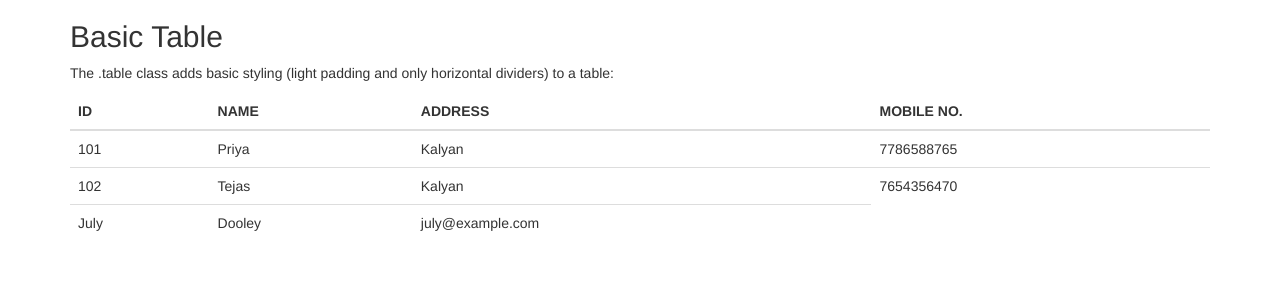
Repository: priyankateli27/priyanka
Page: SirAssignment/src/main/webapp/Entry_table.html
An editor plug-in stored every save of this project. The page is shown before and after the next save, followed by the edit.
The browser window is 1280 px wide. The pictures show the whole page.

Above is the page before, as saved 2016-07-14 11:26:44.

After the next save:
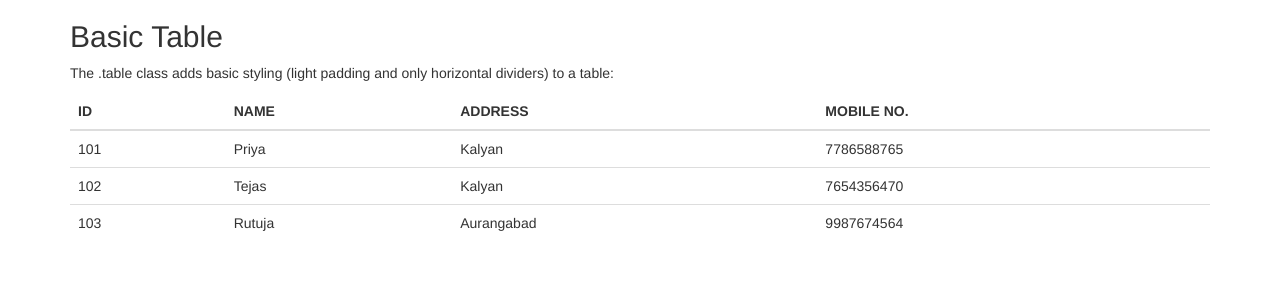
Saved 59 s later.
--- a/SirAssignment/src/main/webapp/Entry_table.html
+++ b/SirAssignment/src/main/webapp/Entry_table.html
@@ -36,9 +36,10 @@
         <td>7654356470</td>
       </tr>
       <tr>
-        <td>July</td>
-        <td>Dooley</td>
-        <td>july@example.com</td>
+        <td>103</td>
+        <td>Rutuja</td>
+        <td>Aurangabad</td>
+        <td>9987674564</td>
       </tr>
     </tbody>
   </table>
